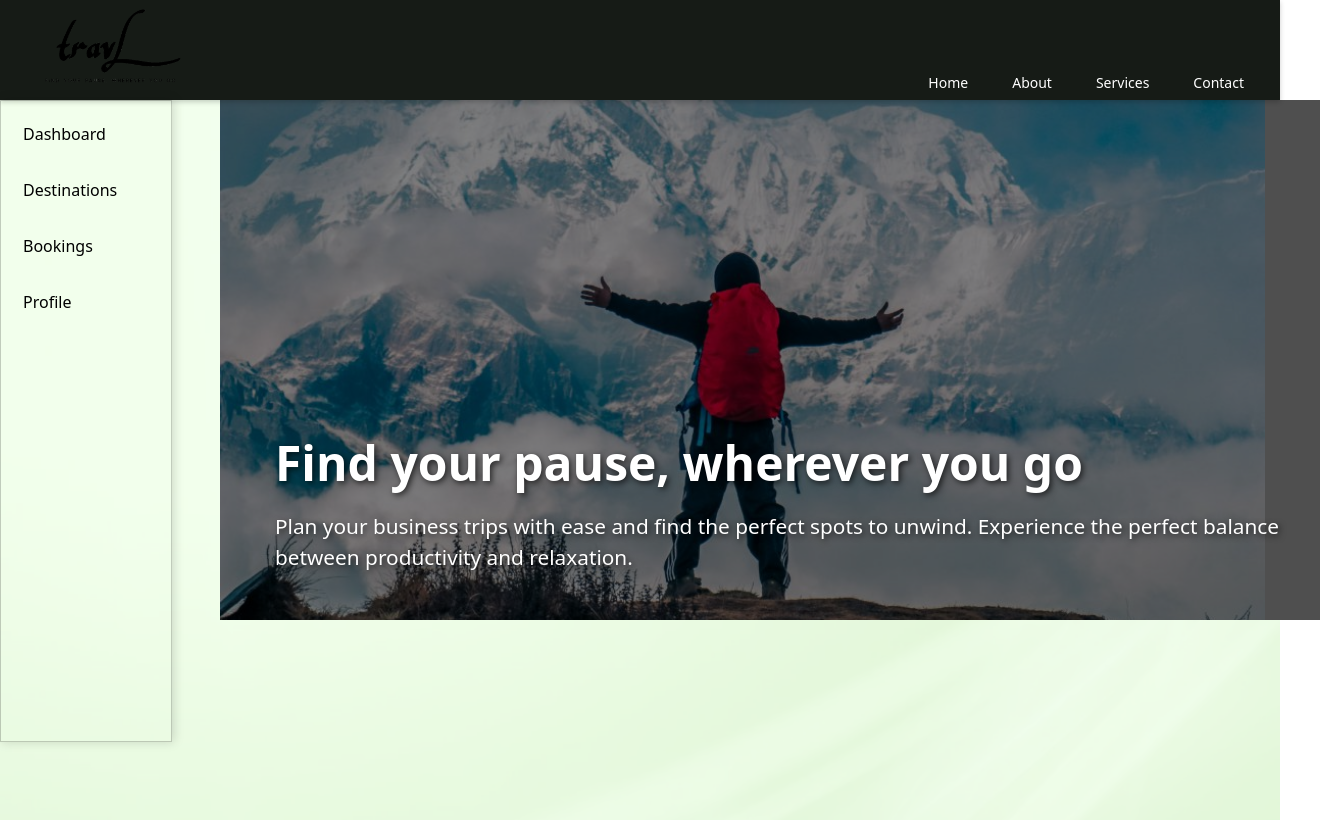
Repository: Nakib-Arman/Javafest25---travL
Page: / (app in Frontend/)
The author's editor kept a copy of each file at every save. The page is drawn from the files as they stood at one save, then again after the next save.
The browser window is 1280 px wide. The page is 1320 px wide, then 1310 px, so the pictures cover 1320 px, including what lies to the right of the window. The pictures show the whole page.
Pictures or frames that could not be fetched are drawn as grey boxes. The project was rebuilt for these pictures with package versions that can differ from the ones it lists, and the page was loaded fresh each time. Also part of the build but not shown: Frontend/vite.config.js.

Above is the page before, as saved 2025-08-13 09:03:34.

After the next save:
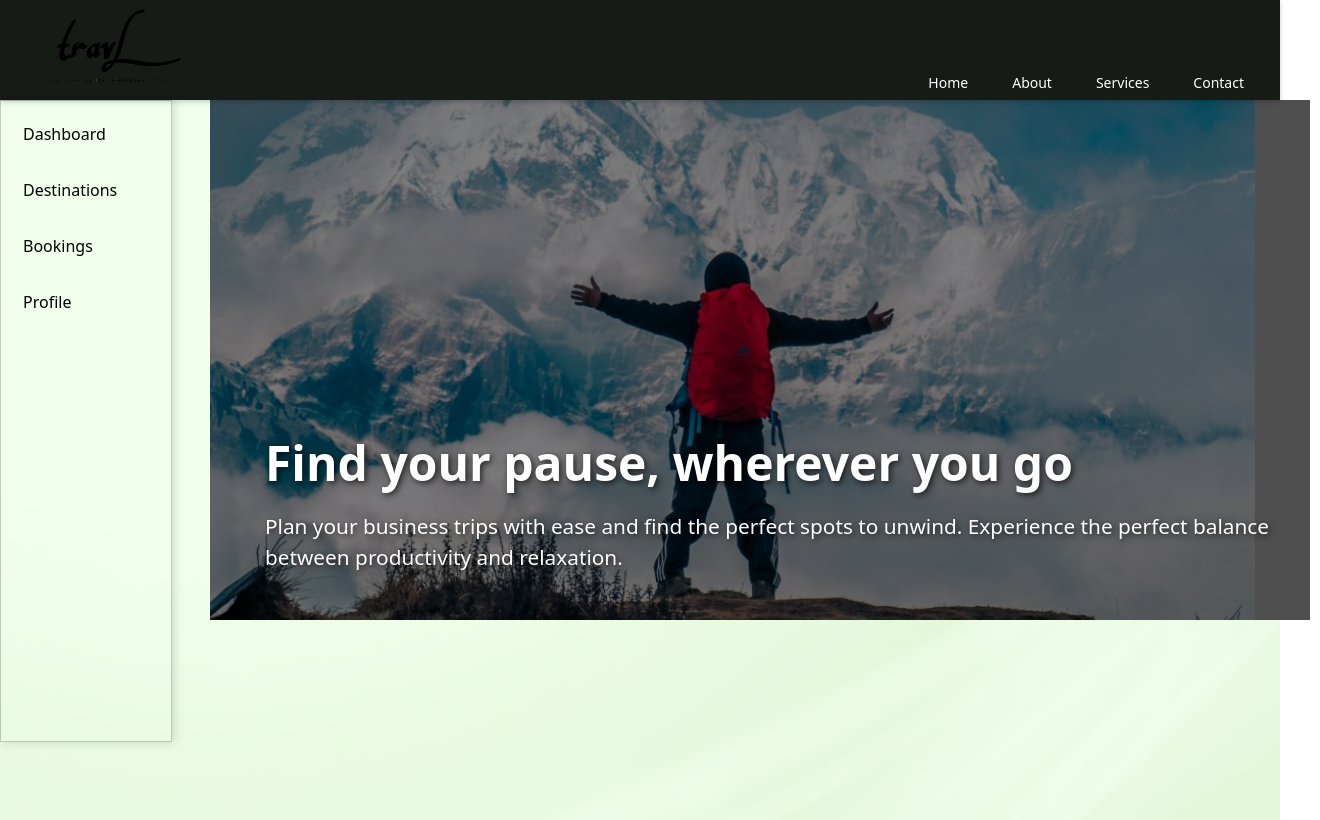
Saved 5 s later.
--- a/Frontend/src/CSS/Home.css
+++ b/Frontend/src/CSS/Home.css
@@ -34,7 +34,7 @@
     position: relative;
     margin-top: 100px;
     /* space for topbar */
-    margin-left: 220px;
+    margin-left: 210px;
     /* space for sidebar */
     width: calc(100% - 180px);
     height: calc(100% - 200px);
